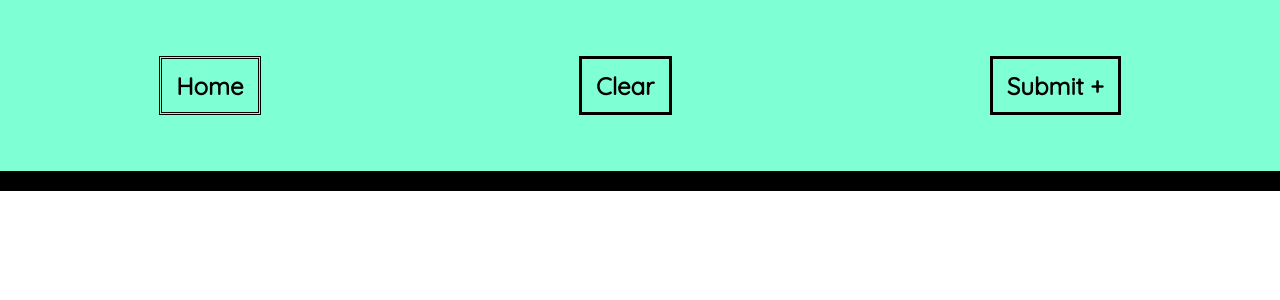
Repository: rickypcyt/WebMural
Page: /
An editor plug-in stored every save of this project. The page is shown before and after a run of saves, followed by the edit.
The browser window is 1280 px wide. The pictures show the whole page.
The pointer rests on the first visible `.oli`.
The project was rebuilt for these pictures with package versions that can differ from the ones it lists, and the page was loaded fresh each time.

Above is the page before, as saved 2022-09-12 13:31:25.

### src/index.js
import React from "react";
import ReactDOM from "react-dom/client";
import "./index.css";
import WebMural from "./Pages/WebMural";
import reportWebVitals from "./reportWebVitals";
import { BrowserRouter, Routes, Route, Switch } from "react-router-dom";

const root = ReactDOM.createRoot(document.getElementById("root"));
root.render(
  <React.StrictMode>
    <BrowserRouter>
      <WebMural />
    </BrowserRouter>
  </React.StrictMode>
);

// If you want to start measuring performance in your app, pass a function
// to log results (for example: reportWebVitals(console.log))
// or send to an analytics endpoint. Learn more: https://bit.ly/CRA-vitals
reportWebVitals();

### src/index.css
@import url("https://fonts.googleapis.com/css2?family=Quicksand");

input[type="file"] {
  display: none;
}
.container {
  top: 0%;
  left: 0%;
}
::marker {
  display: none;
}
.image-container {
  width: 100%;
  margin: auto;
  display: flex;
  flex-direction: row;
  justify-content: space-evenly;
  gap: 15px;
  padding: 10px;
  background-color: black;
}

body {
  line-height: 1;
  font-family: "Quicksand";
  font-size: large;
  margin: 0%;
  padding: 0%;
}
main {
  top: 10%;
}
ol {
  list-style: none;
  display: flex;
  padding: 0;
  align-items: flex-start;
  justify-content: space-around;
  display: flex;
  flex-wrap: wrap;
  align-content: center;
}
.content {
  position: absolute;
  right: calc(var(--pad) * 2);
  bottom: calc(var(--pad) * 2);
  white-space: nowrap;
}
.parrafo {
  line-height: 1.5;
  text-align: end;
  font-size: larger;
}
.parrafo span {
  display: block;
}
.titulo {
  margin: 0;
}
.oli {
  font-weight: bold;
  border-style: solid;
  font-size: x-large;
  padding: 1ch;
}
.descripcion {
  font-weight: lighter;
  font-style: oblique;
}
.oli:hover {
  color: black;
  border-style: double;
  border-color: black;
}
.page {
  padding-top: 2%;
  padding-bottom: 3%;
}
.pageContact {
  padding-top: 8%;
  padding-bottom: 9%;
}
.cabeceranavi {
  padding-bottom: 3%;
  padding-top: 3%;
  background-color: aquamarine;
}
p {
  font-weight: bold;
}
a {
  color: black;
  text-decoration: none;
  padding: 0ch;
}
span {
  font-size: larger;
}
li {
  width: 7%;
  height: 10%;
}
ul {
  list-style-type: none;
  margin: 0%;
  display: flex;
  align-items: center;
  flex-direction: row;
  padding-top: 5%;
  padding-bottom: 5%;
  padding-left: 0%;
  justify-content: space-around;
}
.imagenes {
  display: block;
  height: auto;
  width: auto;
  padding-top: 5%;
  padding-bottom: 5%;
}

.imagenesproyect {
  position: relative;
}
.fixer {
  display: flex;
  flex-direction: row;
  justify-content: space-evenly;
  padding-bottom: 3%;
}
.overlay {
  position: absolute;
  top: 0.83cm;

  background: rgb(0, 0, 0);
  background: rgb(2, 0.3, 0.9, 0.6); /* Black see-through */
  color: #f1f1f1;
  width: 100%;
  transition: 0.5s ease;
  color: white;
  text-align: center;
  font-size: 20px;
  padding-top: 20px;
  padding-bottom: 20px;
  opacity: 0;
}
.imagenesproyect:hover .overlay {
  opacity: 1;
}
.overlay2 {
  position: absolute;
  bottom: 8%;
  background: rgb(0, 0, 0);
  background: rgba(40, 40, 40, 0.6); /* Black see-through */
  color: #f1f1f1;
  width: 100%;
  transition: 0.5s ease;
  color: white;
  text-align: center;
  font-size: 20px;
  padding-top: 20px;
  padding-bottom: 20px;
  opacity: 0;
}
.imagenesproyect:hover .overlay2 {
  opacity: 1;
}

.homeinfo {
  font-size: x-large;
}

@media screen and (max-width: 1340px) {
  .fixer {
    flex-direction: column;
    justify-content: center;
  }
  .imagenes {
    height: auto;
    width: 100%;
  }
  ol {
  }
}

.image-container {
  width: auto;
  margin: auto;
  /* display: flex; */
  flex-wrap: wrap;
  gap: 15px;
  padding: 10px;
}

.image-container img {
  max-width: 100%;
  max-height: 225px;
}

.container .image-container .image {
  border: 4px solid black;
  overflow: hidden;
  /* cursor: pointer; */
}

.container .image-container .image img {
  height: 100%;
  width: 100%;
}
@media (max-width: 700px) {
  .image-container img {
    max-height: -10px;
  }
}

.image:hover {
  transform: scale(
    1.15
  ); /* (150% zoom - Note: if the zoom is too large, it will go outside of the viewport) */
}

### src/Pages/WebMural.js
import React, { useState } from "react";
import { Link, useMatch, useResolvedPath } from "react-router-dom";

const UploadAndDisplayImage = () => {
  const [selectedFiles, setSelectedFiles] = useState([]);
  const handleImageChange = (e) => {
    setSelectedFiles([]);
    if (e.target.files) {
      const filesArray = Array.from(e.target.files).map((file) =>
        URL.createObjectURL(file)
      );
      setSelectedFiles((prevImages) => prevImages.concat(filesArray));
      Array.from(e.target.files).map((file) => URL.revokeObjectURL(file));
    }
  };

  const renderPhotos = (source) => {
    return source.map((photo) => {
      return (
        <div class="container">
          <figure class="image-container">
            <img className="image" src={photo} alt="" key={photo} />
          </figure>
        </div>
      );
    });
  };

  return (
    <main>
      <nav className="cabeceranavi">
        <ol>
          <div CustomLink to="/" className="oli">
            Home
          </div>
          <nav className="oli" onClick={() => handleImageChange(null)}>
            Clear
          </nav>
          <label for="upload-button">
            <nav>
              <input
                type="file"
                id="upload-button"
                multiple="multiple"
                accept="image/*"
                onChange={handleImageChange}
              />
              <div class="oli"> Submit + </div>
            </nav>
          </label>
        </ol>
      </nav>
      {selectedFiles && (
        <div>
          <div class="image-container">{renderPhotos(selectedFiles)}</div>
        </div>
      )}
    </main>
  );
};

export default UploadAndDisplayImage;

function CustomLink({ to, children, ...props }) {
  const resolvedPath = useResolvedPath(to);
  const isActive = useMatch({ path: resolvedPath.pathname, end: true });
  return (
    <li className={isActive ? "active" : ""}>
      <Link to={to} {...props}>
        {children}
      </Link>
    </li>
  );
}

Loaded but not shown: public/index.html (common file); src/reportWebVitals.js (common file); public/manifest.json (common file)

After the next 2 saves:
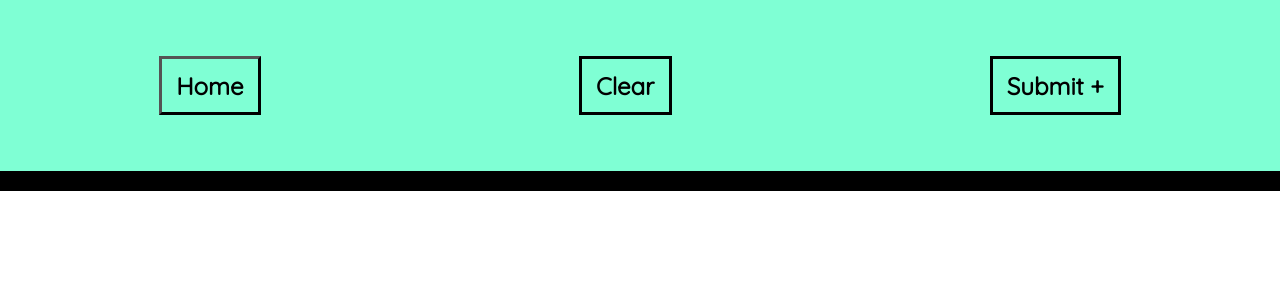
The 2 saves are shown as one change because they came seconds apart.
The last was saved 8 s later.
--- a/src/index.css
+++ b/src/index.css
@@ -70,7 +70,7 @@ ol {
 }
 .oli:hover {
   color: black;
-  border-style: double;
+  border-style: outset;
   border-color: black;
 }
 .page {
